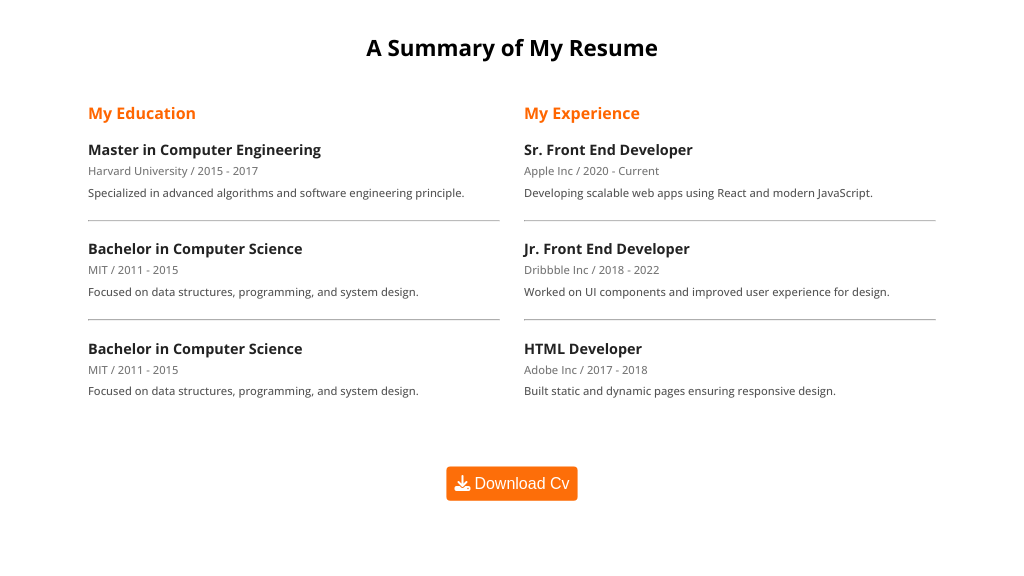
Repository: nahid-hasann/website-1
Page: index.html
The author's editor kept a copy of each file at every save. The page is drawn from the files as they stood at one save, then again after the next save.
The browser window is 1280 px wide. The pictures show the whole page, at 80% of full size.

Above is the page before, as saved 2025-07-16 11:43:38.

### index.html
<!DOCTYPE html>
<html lang="en">
<head>
    <meta charset="UTF-8">
    <meta name="viewport" content="width=device-width, initial-scale=1.0">
    <title>Document</title>
    <link rel="preconnect" href="https://fonts.googleapis.com">
<link rel="preconnect" href="https://fonts.gstatic.com" crossorigin>
<link href="https://fonts.googleapis.com/css2?family=Open+Sans:ital,wght@0,300..800;1,300..800&display=swap" rel="stylesheet">
<link rel="stylesheet" href="style.css">
<link rel="stylesheet" href="https://cdnjs.cloudflare.com/ajax/libs/font-awesome/6.7.2/css/all.min.css" integrity="sha512-Evv84Mr4kqVGRNSgIGL/F/aIDqQb7xQ2vcrdIwxfjThSH8CSR7PBEakCr51Ck+w+/U6swU2Im1vVX0SVk9ABhg==" crossorigin="anonymous" referrerpolicy="no-referrer" />
<link rel="shortcut icon" href="images/icons/icons8-portfolio-50.png" type="image/x-icon">
</head>
<body class="open-sans-nahid">

<header class="main-header hide">
    <nav class="header">
          <div>
            <h3 class="nav-title">Ma<span style="color: #fd6e09;">r</span>y</h3>
          </div>
          <div class="menu">
            <ul>
            <li><a href="" class="dark-2" >Portfolio</a></li>
            <li><a  class="dark-2" href="">Blog</a></li>
            <li><button class="hire-me">Hire Me</button></li>
          </ul>
          </div>
    </nav>

    <div class="banner">

      <div class="banner-container">
        <h4 style="font-size: 45px; font-weight: 400;" class="dark-2">Hi, I  am</h4>
        <h1 style="font-size: 85px;">Mary Hardy</h1>
        <br>
        <p class="banner-description dark-2">
          Shot what able cold new see hold.Friendly as an betrayed formerly he. Morning because as to society behaved moments.
        </p>
        <br>
        <br>
        <button class="hire-me" style="margin-right: 20px;"><i class="fa-solid fa-download" style="margin-right: 5px;"></i>Download Cv</button>
        <button class="btn-2"><i class="fa-solid fa-phone" style="margin-right: 5px;"></i>Contact</button>
      </div>
      <img class="banner-img" src="images/hardy.png" alt="">

    </div>

</header>

<main >

  <section class="section hide">
      <h3 class="section-title">About Me</h3>
      <p style="font-size: 18px; color: grey; margin-top: 30px;">I, m a designer & developer with a passion for web design. I enjoy developing simple, clean and slick websites that provide real value to the end user. Thousands of clients have procured exceptional resulfs while working with me. Delivering work within time and budget which meets clients requirements in our mata.</p>

      <div class="about-items">

    <div class="about-item">
      <p class="item-title">Name:</p>
      <p class="item-description">Mary Hardy</p>
    </div>
    <div class="about-item">
      <p class="item-title">Email:</p>
      <p class="item-description">info@gmail.com</p>
    </div>
    <div class="about-item">
      <p class="item-title">Date of birth:</p>
      <p class="item-description">11 November 1987</p>
    </div>
    <div class="about-item">
      <p class="item-title">From:</p>
      <p class="item-description">Los Angeles, USA</p>
    </div>

  </div>

  </section>

  <section class="skiill hide">
            <h3 class="section-title">What I do</h3>
            <p class="section-des">I have more than 10 years experience building software for clients all over the world. Below is a quick overview of my main technical skill sets and technologies i use. Want to find out more about my experience? Check out my online resume and project portfolio.</p>

         <div class="skills-container">

          <div class="skkis-veriation">
            <img src="images/icons/js.png" alt="" class="skiils-img">
            <p class="skills-heading">Vanilla JavaScript</p>
            <p class="skiils-description"> List skill/technologies here. You can change the icon above to any of the 1500+ FontAwesome 5 free icons available. Aenean commodo ligula eget dolor.</p>
          </div>
          <div class="skkis-veriation">
            <img src="images/icons/react.png" alt="" class="skiils-img">
            <p class="skills-heading">React</p>
            <p class="skiils-description">List skill/technologies here. You can change the icon above to any of the 1500+ FontAwesome 5 free icons available. Aenean commodo ligula eget dolor.</p>
          </div>
          <div class="skkis-veriation">
            <img src="images/icons/nodejs.png" alt="" class="skiils-img">
            <p class="skills-heading">Node.js</p>
            <p class="skiils-description">List skill/technologies here. You can change the icon above to any of the 1500+ FontAwesome 5 free icons available. Aenean commodo ligula eget dolor.</p>
          </div>
          <div class="skkis-veriation">
            <img src="images/icons/mongo.png" alt="" class="skiils-img">
            <p class="skills-heading">MongoDB</p>
            <p class="skiils-description">List skill/technologies here. You can change the icon above to any of the 1500+ FontAwesome 5 free icons available. Aenean commodo ligula eget dolor.</p>
          </div>

         </div>

  </section>

  <section class="">

<div class="container-m">
    <h2>A Summary of My Resume</h2>
    <div class="grid">
      <div class="section-m">
        <h3>My Education</h3>
        <div class="item-m">
          <h4>Master in Computer Engineering</h4>
          <span>Harvard University / 2015 - 2017</span>
          <p>Specialized in advanced algorithms and software engineering principle.</p>
        </div>
        <hr>
        <br>
        <div class="item-m">
          <h4>Bachelor in Computer Science</h4>
          <span>MIT / 2011 - 2015</span>
          <p>Focused on data structures, programming, and system design.</p>
        </div>
        <hr>
        <br>
        <div class="item-m">
          <h4>Bachelor in Computer Science</h4>
          <span>MIT / 2011 - 2015</span>
          <p>Focused on data structures, programming, and system design.</p>
        </div>

      </div>
      <div class="section-m">
        <h3>My Experience</h3>
        <div class="item-m">
          <h4>Sr. Front End Developer</h4>
          <span>Apple Inc / 2020 - Current</span>
          <p>Developing scalable web apps using React and modern JavaScript.</p>
        </div>
    <hr>
        <br>
        <div class="item-m">
          <h4>Jr. Front End Developer</h4>
          <span>Dribbble Inc / 2018 - 2022</span>
          <p>Worked on UI components and improved user experience for design.</p>
        </div>
        <hr>
    <br>
        <div class="item-m">
          <h4>HTML Developer</h4>
          <span>Adobe Inc / 2017 - 2018</span>
          <p>Built static and dynamic pages ensuring responsive design.</p>
        </div>
      </div>
    </div>
  </div>

  <button class="hire-me" style="margin: 20px auto; display: block;"><i class="fa-solid fa-download" style="margin-right: 5px;"></i>Download Cv</button>

  </section>

</main>

<!-- .about-items*4>p.item-title+p.item-description  -->


<footer class="hide">

     <div class="main-footer">

     <div class="footer-column">
        <h3 class="section-title">Lets Connect</h3>
        <p style="font-size: 18px; color: grey; margin: 20px 0px;">Please fill out the form on this section to contact with me or call between 9:00 A.M and 8.00 P.M ET, Monday through Friday.</p>
        <img src="images/icons/facebook.png" alt="">
        <img style="margin: 0px 20px;" src="images/icons/twitter.png" alt="">
        <img src="images/icons/insta.png" alt="">
     </div>

     <div class="footer-column">

        <h3 class="section-title" style=" margin-bottom: 30px;">Lets Connect</h3>
        <form class="form" action="">
            <input type="text" name="" placeholder="Your Name" id=""> <br>
            <input type="email" name="" placeholder="Yoour Email" id=""> <br>
            <textarea name="" placeholder="Message" id=""></textarea> <br>
            <button class="hire-me" >Submit</button>
        </form>

     </div>

</div>

</footer>


</body>
</html>

### style.css
* {
  margin: 0;
  padding: 0;
  box-sizing: border-box;
}


.open-sans-nahid {
  font-family: "Open Sans", sans-serif;
  font-optical-sizing: auto;
  font-style: normal;
  font-variation-settings: "wdth" 100;
  font-weight: 500;
}

.main-header{
    background-image: url('images/developer.png'), url('images/header_bg.png') ;
    background-repeat: no-repeat;
    background-position: 60px  28px, bottom right ;
    background-color: #fff8f3;
}



.header{
    display: flex;
    justify-content: space-around;
    gap: 250px;
    align-items: center;
    /* background-color: red; */
    padding: 15px 0px;
}

.nav-title{
    font-weight: 800;
    font-size: 45px;
}

.menu ul{
    display: flex;
    gap: 30px;
    align-items: center;
}

.menu ul li{
    list-style: none;

}

.menu ul li a{
    text-decoration: none;
    font-size: 20px;
}

.hire-me{
    background-color: #fd6e09;
    padding: 10px;
    border-radius: 5px;
    color: white;
    border: none;
    font-size: 20px;
}

.btn-2{
    padding: 10px;
    border-radius: 5px;
    color: #fd6e09;
    border: 1px solid  #fd6e09;
    font-size: 20px;
    background-color: #fff8f3;
}

.dark-2{
    color: #474747;
}

.banner-container{
    width: 585px;
}

.banner-description{
    font-size: 18px;
}

.banner-img{
    width: 584px;
    height: 676px;
}

.banner{
    display: flex;
    align-items: center;
    justify-content: space-around;
    margin: 50px 0px 0px 170px;

}

.section{
    background-color: #fff8f3;
    padding: 150px;
    text-align: center;
    border-radius: 10px;
    margin: 130px 0px;
}

.section-title{
    font-size: 35px;
    font-weight: bold;
    color: #181818;
}

main{
    max-width: 1140px;
     margin: 0px auto;
}

.about-items{
    display: flex;
    justify-content: space-between;
}

.item-title{
    font-size: 18px;
    font-weight: 300;
    color: grey;
    margin-top: 30px;
}

.item-description{
    font-size: 18px ;
    font-weight: 700;
}

.skiill{
    text-align: center;
    margin-bottom: 130px;
}

.skills-container{
    display: flex;
    margin-top: 30px;
    gap: 30px;
    text-align: justify;
}

.skkis-veriation{
    background-color: #FFFFFF;
    box-shadow: 0px 6px 50px 0px rgba(0, 0, 0, 0.06);
padding: 30px;
border-radius: 5px;
margin-top: 20px;
}

.section-des{
    font-size: 18px;
    color: grey;
    margin-top: 30px;
     width: 909px;
     margin: 0px auto;
      margin-top: 30px;
}

.skills-heading{
    margin: 15px 0px;
    font-size: 20px ;
    font-weight: 700px;
}

.skiils-description{
     font-size: 16px;
     color: grey;
}

.resume{
    margin-bottom: 130px;
}

.resume-container{
    display: flex;
    gap: 40px;
    margin-top: 50px;
}

.resume h3{
    margin-bottom: 100px;
}

.resume-column h3{
    font-size: 30px ;
    font-weight: 700;
    margin-bottom: 20px;
}

.resume-column-title{
    font-size: 30px;
    font-weight: 700;
}

.experience{
    padding-right: 50px;
}

.experience-title{
        font-size: 25px;
    font-weight: 700;
    margin-bottom: 5px;
}

.experience-subtitle{
    font-size: 20px;
    font-weight: 600;

    color: rgba(117, 117, 117, 1);
}

.experince-description{
    margin-top: 20px;
    margin-bottom: 20px;
    font-size: 16px;
    color: rgba(117, 117, 117, 1);
}


.main-footer{
    margin-top: 130px;
    background-color: rgba(255, 248, 243, 1);
    padding: 50px 100px;
    display: flex;
    justify-content: space-around;
    align-items: center;
}

.footer-column{
    max-width: 40%;
}

.form input{
      display: block;
      padding: 12px 20px;
      width: 441px;
      font-size: 16px;
      border: none;
      border-radius: 5px;
}

.form textarea{
     width: 441px;
     font-size: 16px;
     border: none;
      border-radius: 5px;
      display: block;
      padding: 15px 20px;
      height: 180px;
}


.container-m{
  margin: auto;
  background: #fff;
  padding: 40px;
}

h2 {
  text-align: center;
  margin-bottom: 40px;
  font-size: 28px;
  margin-bottom: 50px;
}

.grid {
  display: grid;
  grid-template-columns: 1fr 1fr;
  gap: 30px;
}

.section-m h3 {
  margin-bottom: 20px;
  color: #ff6600;
  font-size: 20px;
}

.item-m {
  margin-bottom: 25px;
}

.item-m h4 {
  margin: 0 0 5px;
  font-size: 18px;
  color: #222;
}

.item-m span {
  display: block;
  color: #777;
  font-size: 14px;
  margin-bottom: 8px;
}

.item-m p {
  margin: 0;
  font-size: 14px;
  color: #555;
}

.hide{
    display: none;
}

@media screen and (max-width: 575px) {
    .section-title{
        font-size: 30px;
    }

    .section-des{
        font-size: 14px;
        max-width: 400px;
        min-width: 100px;
        padding: 0 10px;
    }

    .skills-container{
        flex-direction: column;
    }

    .skkis-veriation{
        margin: 0 20px;
        display: flex;
        flex-direction: column;
        align-items: center;
        justify-content: center;
        text-align: center;
    }

    .grid{
        grid-template-columns: 1fr;
    }

    .section-m h3{
        text-align: center;
    }

    .item-m{
        display: flex;
        flex-direction: column;
        align-items: center;
        justify-content: center;
    }

    .main-footer{
        flex-direction: column;
        padding: 20px 10px;
        margin-top: 70px;
    }

    .footer-column{
        max-width: 100%;
        text-align: center;
    }

    .form input{
max-width: 100%;
    }

    .form textarea{
        max-width: 100%;
    }

    .hire-me{
        font-size: 10px;
        padding: 10px 20px;
    }
}

After the next save:
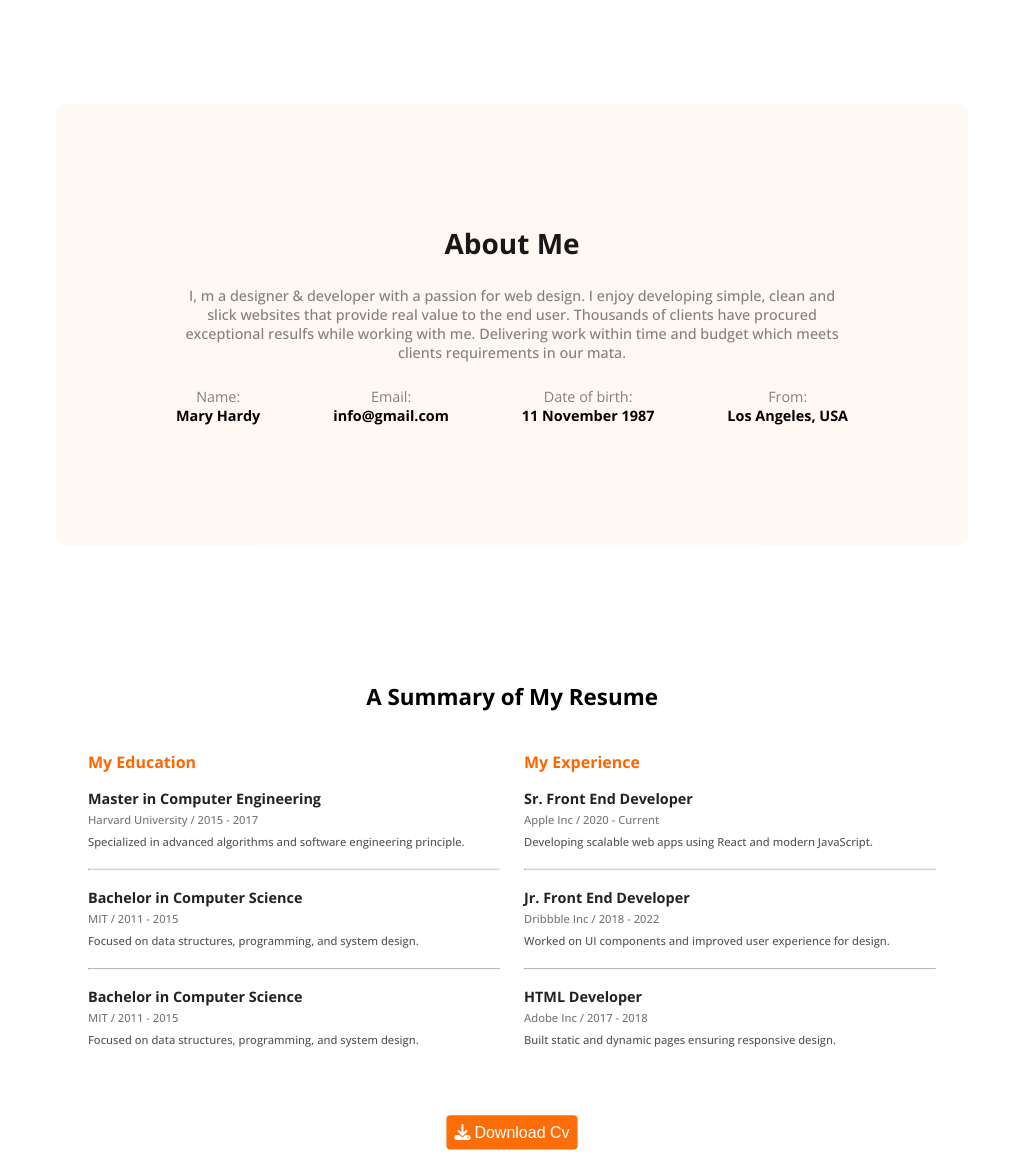
Saved 28 s later.
--- a/index.html
+++ b/index.html
@@ -49,7 +49,7 @@
 
 <main >
 
-  <section class="section hide">
+  <section class="section">
       <h3 class="section-title">About Me</h3>
       <p style="font-size: 18px; color: grey; margin-top: 30px;">I, m a designer & developer with a passion for web design. I enjoy developing simple, clean and slick websites that provide real value to the end user. Thousands of clients have procured exceptional resulfs while working with me. Delivering work within time and budget which meets clients requirements in our mata.</p>
 
